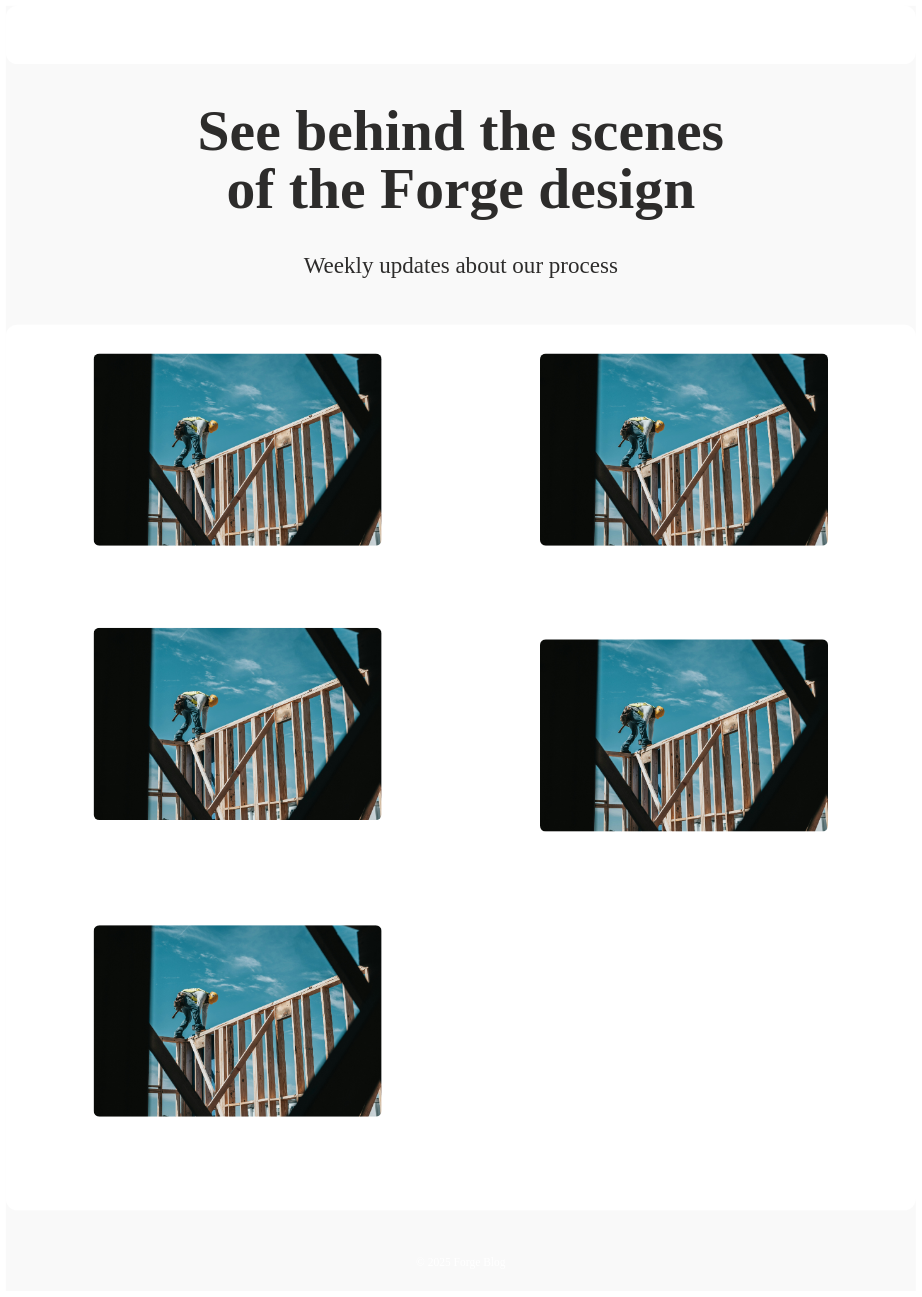
Repository: Forge-IDSP/Blog
Page: /
An editor plug-in stored every save of this project. The page is shown before and after the next save, followed by the edit.
The browser window is 1280 px wide. The pictures show the whole page, at 72% of full size.
The project was rebuilt for these pictures with package versions that can differ from the ones it lists, and the page was loaded fresh each time. Also part of the build but not shown: vite.config.js, src/index.css, src/pages/blogpost.module.css, src/pages/week1.jsx, src/pages/week2.jsx, src/pages/week3.jsx, src/pages/week4.jsx, src/pages/week5.jsx and 4 more.

Above is the page before, as saved 2025-10-27 12:59:09.

After the next save:
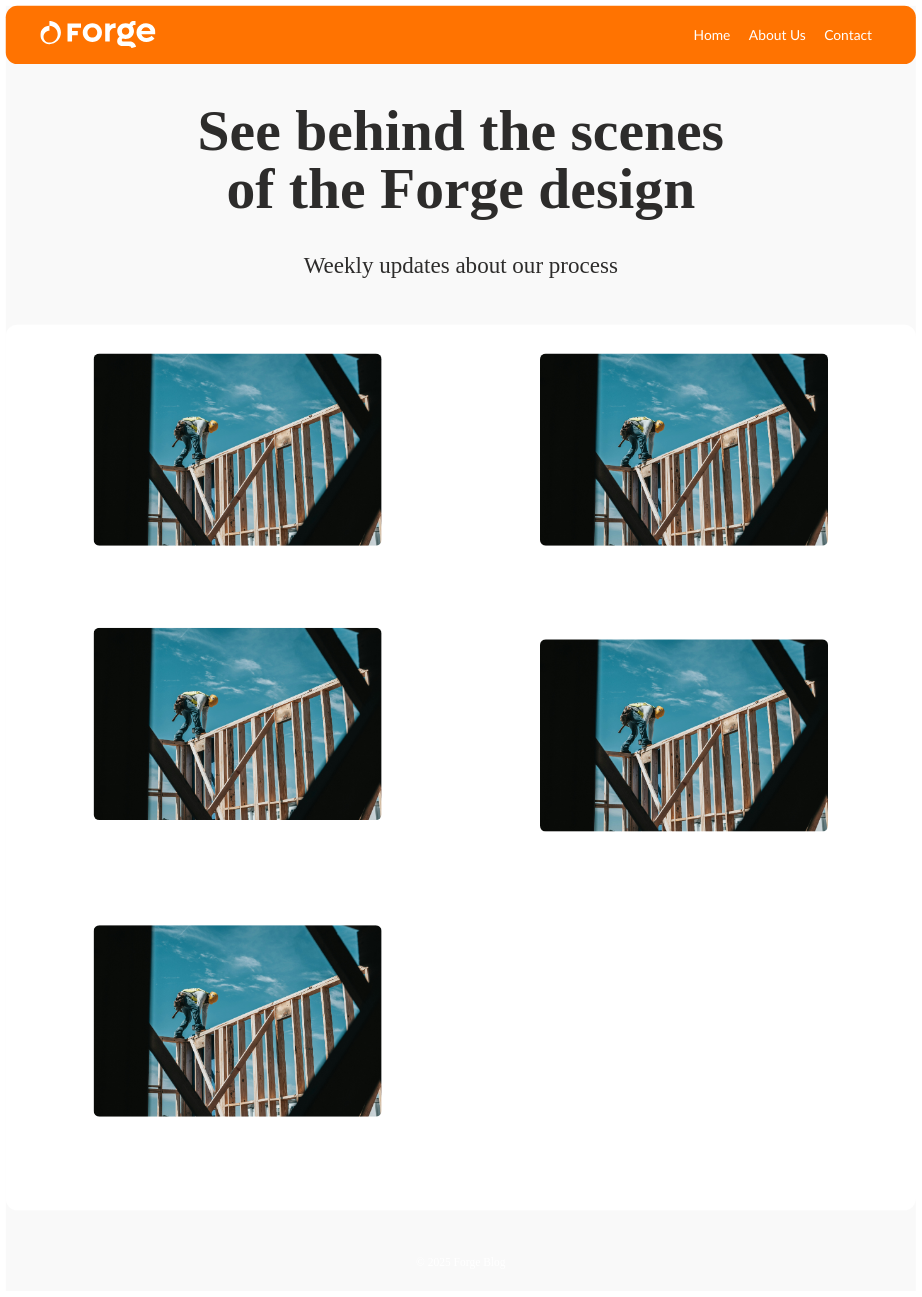
Saved 4 s later.
--- a/src/ui/header/header.module.css
+++ b/src/ui/header/header.module.css
@@ -1,5 +1,5 @@
 .header {
-    background-color: var(--white);
+    background-color: var(--primary-500);
     display: flex;
     justify-content: space-between;
     align-items: center;
